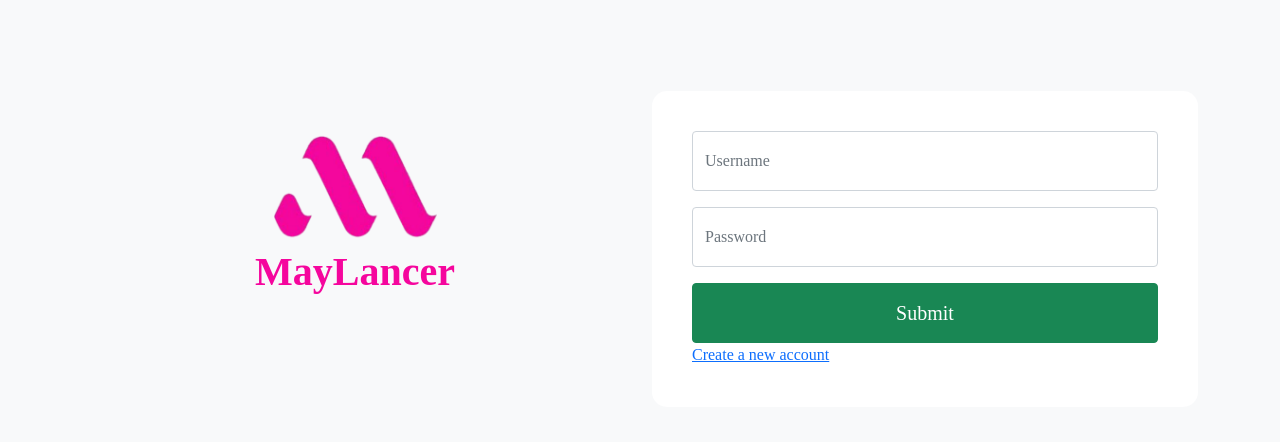
Repository: prathmesh2023/maylancers
Page: http://localhost/login
These files come from the project's save history. The page is drawn as it stood at one moment and after the next save; the edit follows.
The browser window is 1280 px wide. The pictures show the whole page.
Some web fonts or font styles are not loaded; a fallback is used. Some web libraries are served in a nearby version. The page is served by the project's application, run on Django 3.2 (manage.py). Other server files are loaded and not shown.

Above is the page before, as saved 2022-01-23 17:39:22.

### templates/login.html
<!DOCTYPE html>
<html lang="en">

<head>
    <meta charset="UTF-8">
    <meta http-equiv="X-UA-Compatible" content="IE=edge">
    <meta name="viewport" content="width=device-width, initial-scale=1.0">
    <title>LogIn MyLancers</title>

    {% load static %}
    <link href="{% static 'bootstrap-5/css/bootstrap.min.css' %}" type="text/css" rel="stylesheet" />
    <link href="{% static 'css/main.css' %}" type="text/css" rel="stylesheet">

    <!-- js bostrap -->
    <script src="https://code.jquery.com/jquery-3.2.1.slim.min.js" integrity="sha384-KJ3o2DKtIkvYIK3UENzmM7KCkRr/rE9/Qpg6aAZGJwFDMVNA/GpGFF93hXpG5KkN" crossorigin="anonymous"></script>
    <script src="https://cdnjs.cloudflare.com/ajax/libs/popper.js/1.12.9/umd/popper.min.js" integrity="sha384-ApNbgh9B+Y1QKtv3Rn7W3mgPxhU9K/ScQsAP7hUibX39j7fakFPskvXusvfa0b4Q" crossorigin="anonymous"></script>
    <script src="https://maxcdn.bootstrapcdn.com/bootstrap/4.0.0/js/bootstrap.min.js" integrity="sha384-JZR6Spejh4U02d8jOt6vLEHfe/JQGiRRSQQxSfFWpi1MquVdAyjUar5+76PVCmYl" crossorigin="anonymous"></script>
    <!-- / -->
    <link rel="stylesheet" href="https://cdnjs.cloudflare.com/ajax/libs/font-awesome/4.7.0/css/font-awesome.min.css">
    <link href='https://fonts.googleapis.com/css?family=Concert One' rel='stylesheet'>
    <link href='https://fonts.googleapis.com/css?family=Courgette' rel='stylesheet'>
    <link href='https://fonts.googleapis.com/css?family=Jockey One' rel='stylesheet'>

    <style>
        form {
            background-color: white;
            padding: 40px;
            font-family: cursive;
            border-radius: 15px;
        }

        form input {
            height: 60px;
            font-size: 20x;
        }

        form button {
            height: 60px;
            width: 100%;
        }

        .btn {
            font-size: 20px;
        }

        .ml {
            margin-top: 10%;
        }

        .mf {
            margin-top: 8%;
        }
    </style>
</head>

<body class="bg-light">



    <div class="container ">
        <div class="row">
            <div class="col-md-6 text-center ml">
                <img class=" " src="{% static 'img/logo.png' %}" style="max-width:30%; margin-top:20px;">

                <p class=" my-0 py-0 Courgette" style=" color: #f5069d;  font-size: 40px; margin-top:-100px;"> <b>MayLancer</b></p>
            </div>

            <div class="col-md-6 mf ">


                <form>
                    <div class="mb-3">

                        <input type="email" class="form-control" id="exampleInputEmail1" aria-describedby="emailHelp" placeholder="Username ">

                    </div>
                    <div class="mb-3">

                        <input type="password" class="form-control" id="exampleInputPassword1" placeholder="Password">
                    </div>



                    <button type="submit" class="btn btn-success">Submit</button>
                    <a href="http://example.com">Create a new account</a>
                </form>
            </div>
        </div>
    </div>


    {% block footer %} {% endblock footer %}


</body>

</html>

### app1/views.py
from django.shortcuts import render

# Create your views here.

def home(request):

    return render(request, "home.html")


def login(request):

    return render(request, "login.html")

### maylancer/urls.py
"""maylancer URL Configuration

The `urlpatterns` list routes URLs to views. For more information please see:
    https://docs.djangoproject.com/en/3.2/topics/http/urls/
Examples:
Function views
    1. Add an import:  from my_app import views
    2. Add a URL to urlpatterns:  path('', views.home, name='home')
Class-based views
    1. Add an import:  from other_app.views import Home
    2. Add a URL to urlpatterns:  path('', Home.as_view(), name='home')
Including another URLconf
    1. Import the include() function: from django.urls import include, path
    2. Add a URL to urlpatterns:  path('blog/', include('blog.urls'))
"""
from django.contrib import admin
from django.urls import path,include

urlpatterns = [
    path('admin/', admin.site.urls),
    path('',include('app1.urls'))
]

### app1/urls.py
from django.contrib import admin
from django.urls import path
from app1 import views
urlpatterns = [
    path("", views.home , name="home"),
    path("login", views.login, name="login"),
]

### static/css/main.css
.primary-bg {
    background-color: rgb(255, 78, 166);
}

.brand {
    max-width: 100px;
    max-height: 39px;
    margin-top: -14px;
}

.bg-white {
    background: white;
}

.nav-item {
    font-size: large;
    font-family: 'Concert One';
    font-size: 22px;
    padding: 10px;
}

.in {
    margin-top: 50px;
}

.bgc {
    background-color: black;
    background-repeat: no-repeat;
    background-size: 100%;
    width: 100%;
    height: 400px;
}


/* fonts */

.jone {
    font-family: 'Jockey One';
}

.Courgette {
    font-family: 'Courgette';
}

.searchbox {}

.searchbox input {
    border-radius: 0%;
    height: 50px;
    background-color: #ffffffd9;
}

.bt {
    border-radius: 0%;
    height: 50px;
    font-family: cursive;
}

.di {
    color: white;
    border-radius: 0%;
}


/* cards */


/* .sub {
    background: #f5069d;
    color: white;
}

.img-thumbnail {
    padding: 0px;
}

.img {
    margin-left: -31px;
    width: 120%;
    height: 180px;
    border-style: solid;
    border-size: px;
    padding: 10px;
    box-shadow: 5px 10px 18px #888888;
    margin-top: -25px;
}

.card {
    box-shadow: 5px 10px 18px #888888;
}
*/

.card_main {
    margin-top: -100px;
}

.sub {
    background: #f5069d;
    color: white;
}

.img-thumbnail {
    padding: 0px;
}

.img {
    margin-left: -31px;
    width: 120%;
    height: 180px;
    border-style: solid;
    border-size: px;
    padding: 10px;
    box-shadow: 5px 10px 18px #888888;
    margin-top: -25px;
}

.card {
    box-shadow: 5px 10px 18px #888888;
}


/*  */

Loaded but not shown: static/bootstrap-5/css/bootstrap.min.css (library)

After the next save:
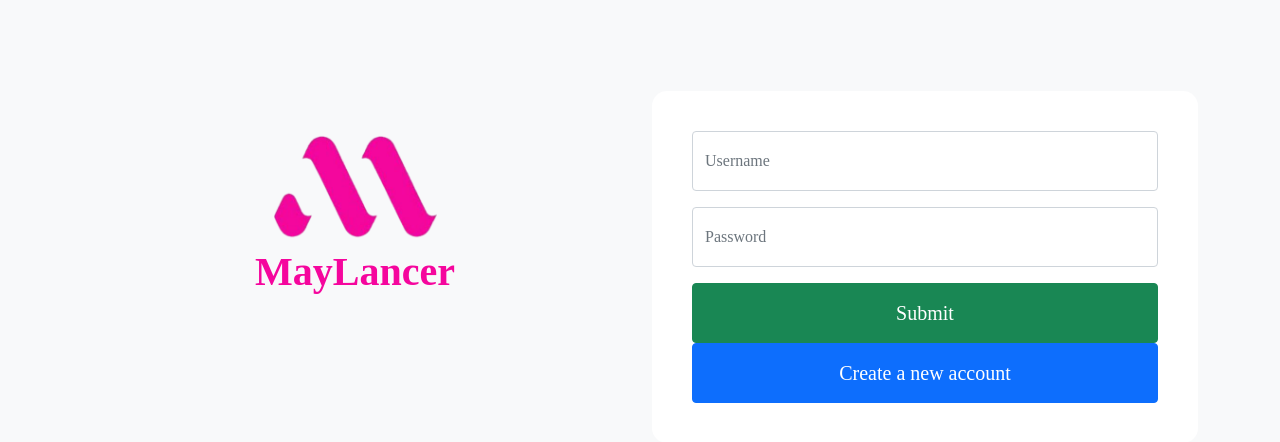
Saved 80 s later.
--- a/templates/login.html
+++ b/templates/login.html
@@ -82,7 +82,7 @@
 
 
                     <button type="submit" class="btn btn-success">Submit</button>
-                    <a href="http://example.com">Create a new account</a>
+                    <button type="button" class="btn btn-primary">Create a new account</button>
                 </form>
             </div>
         </div>
